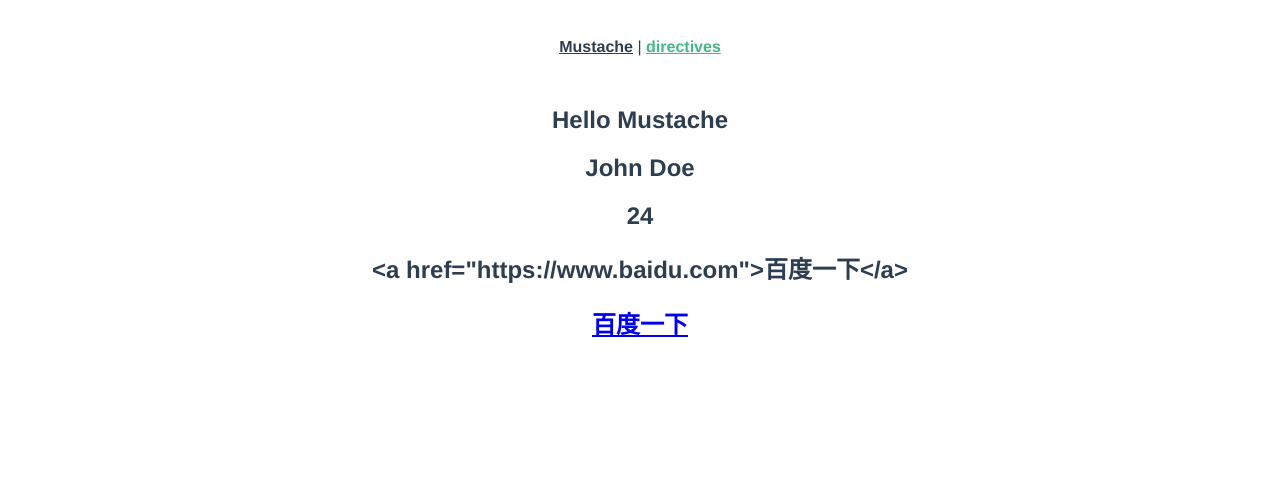
Repository: yeyanghui0616/my-vue2-learning
Page: /directives
An editor plug-in stored every save of this project. The page is shown before and after a run of saves, followed by the edit.
The browser window is 1280 px wide. The pictures show the whole page.
The project was rebuilt for these pictures with package versions that can differ from the ones it lists, and the page was loaded fresh each time. Also part of the build but not shown: src/views/Mustache.vue.

Above is the page before, as saved 2023-08-30 21:19:24.

After the next 2 saves:
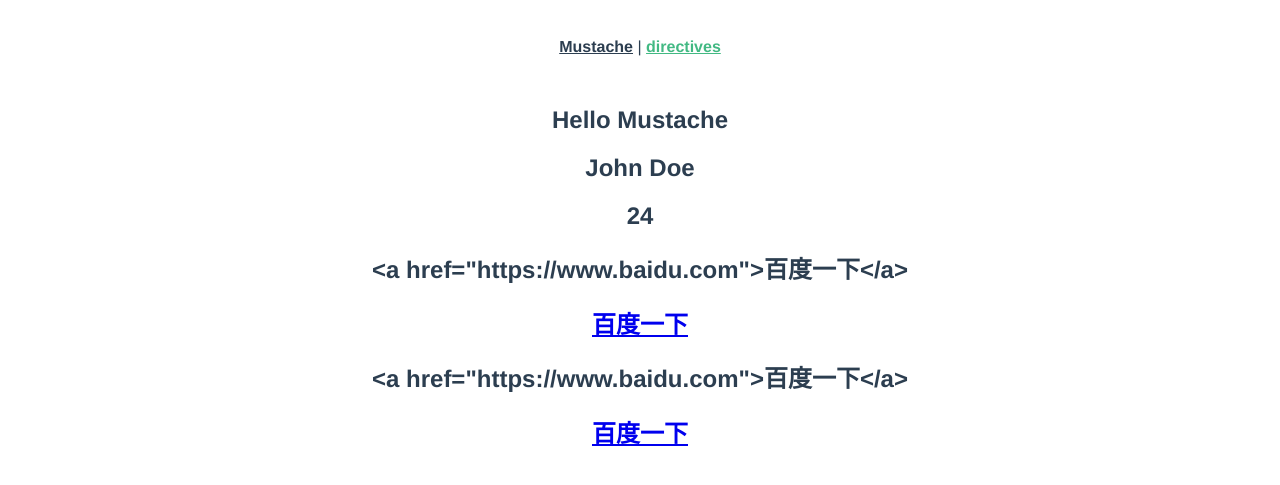
The 2 saves are shown as one change because they came seconds apart.
The last was saved 17 s later.
--- a/src/views/directives.vue
+++ b/src/views/directives.vue
@@ -5,6 +5,9 @@
 		<h2>{{ firstName }} {{ lastName }}</h2>
 		<h2>{{ counter * 2 }}</h2>
 		<!-- TODO v-html -->
+		<h2>{{ link }}</h2>
+		<h2 v-html="link"></h2>
+		<!-- TODO v-text -->
 		<h2>{{ link }}</h2>
 		<h2 v-html="link"></h2>
 	</div>
